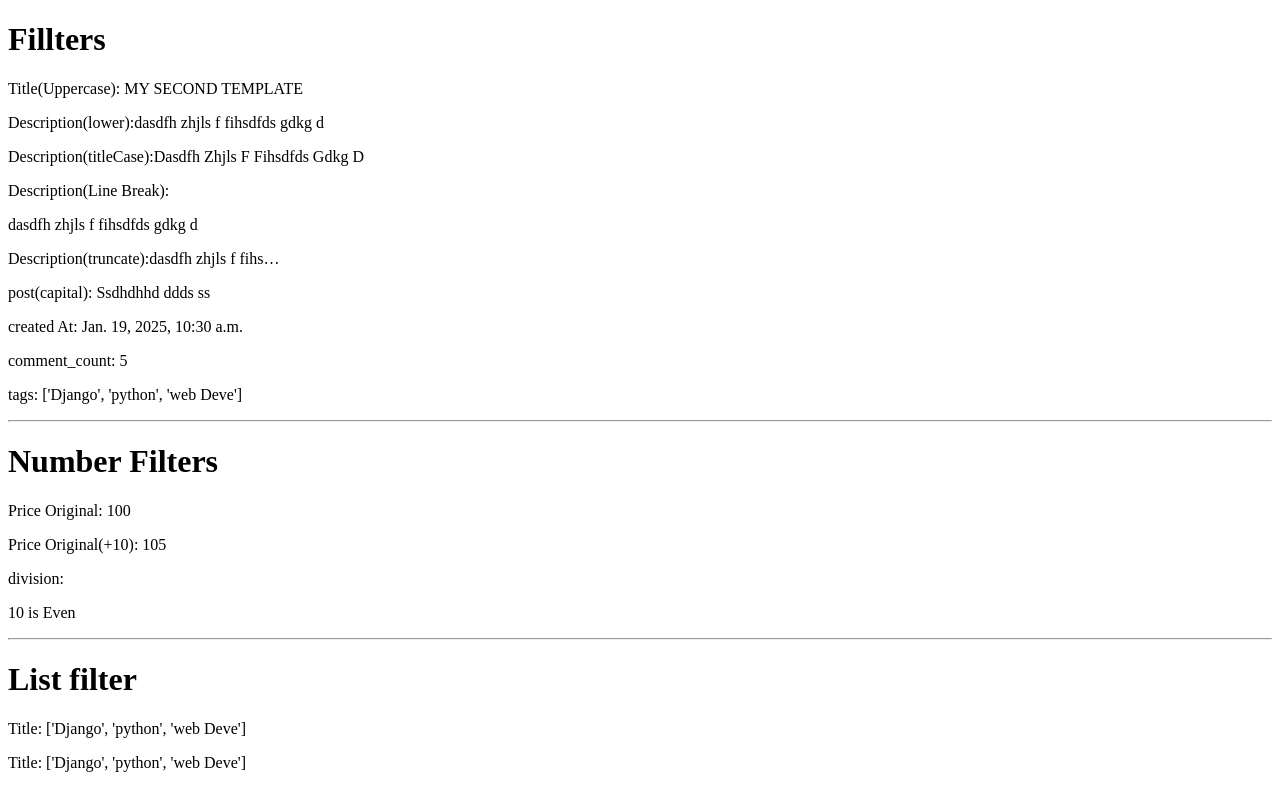
Repository: samratpoudel444/MVT-python
Page: http://localhost/home/
An editor plug-in stored every save of this project. The page is shown before and after the next save, followed by the edit.
The browser window is 1280 px wide. The pictures show the whole page.
The page is served by the project's application, run on Django 5.2 (templatesFilters/manage.py).

Above is the page before, as saved 2025-12-23 14:15:59.

After the next save:
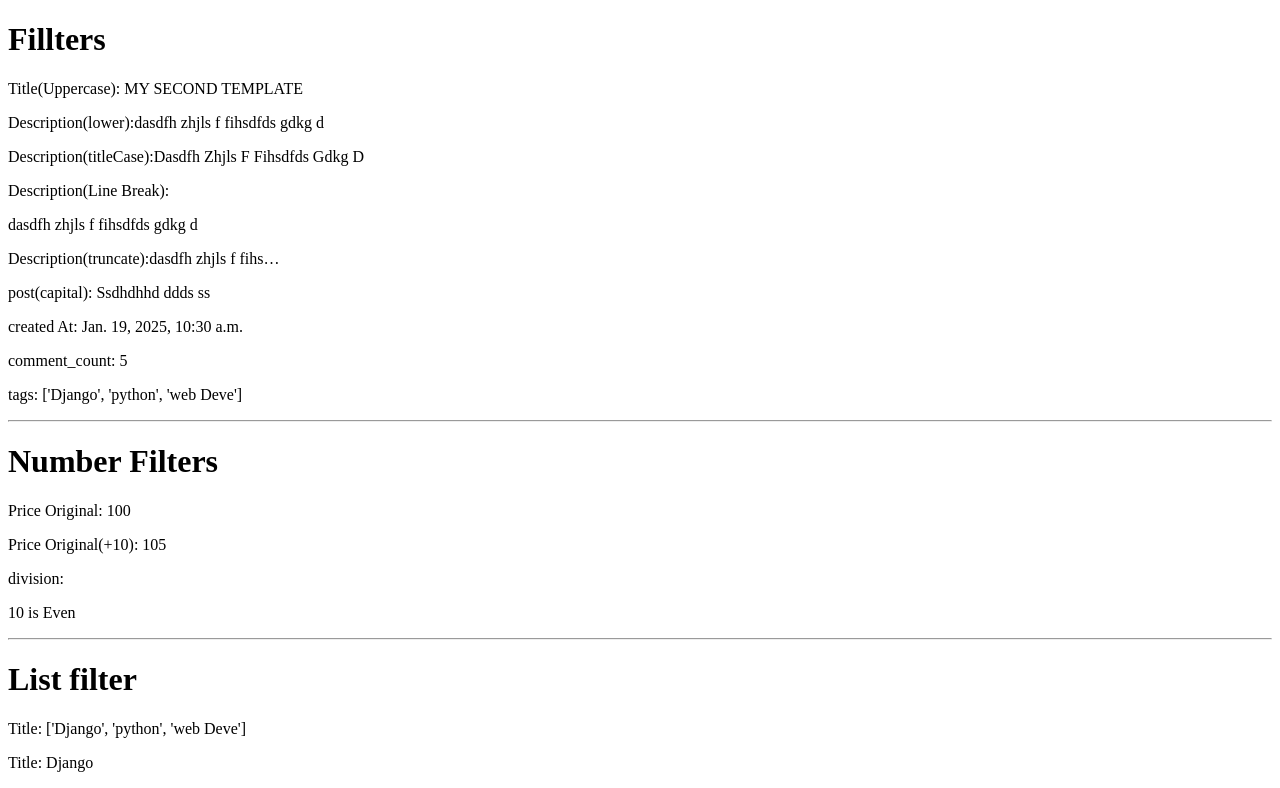
Saved 5 s later.
--- a/templatesFilters/blog/templates/blog/home.html
+++ b/templatesFilters/blog/templates/blog/home.html
@@ -33,6 +33,6 @@
     <hr>
     <h1>List filter</h1>
  <p>Title: {{post.tags}}</p>
- <p>Title: {{post.tags}}</p>
+ <p>Title: {{post.tags|first}}</p>
 </body>
 </html>
